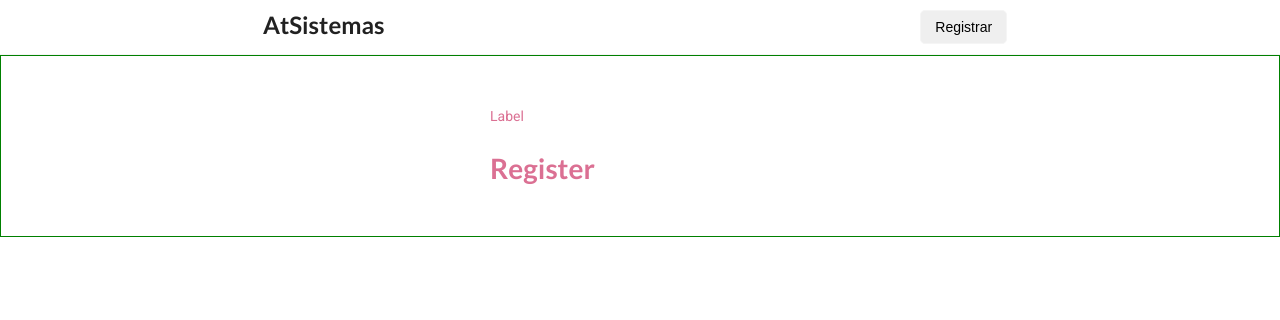
Repository: banchiec/atsistemas
Page: /site/register-site
These files come from the project's save history. The page is drawn as it stood at one moment and after a run of saves; the edit follows.
The browser window is 1280 px wide. The pictures show the whole page.
The project was rebuilt for these pictures with package versions that can differ from the ones it lists, and the page was loaded fresh each time. Also part of the build but not shown: src/components/SiteCard/SiteCard.js, src/redux/actions/sitesActions.js, src/screens/SiteScreen/SiteScreen.js, src/screens/SiteDetailsScreen/SiteDetailsScreen.js.

Above is the page before, as saved 2022-08-16 14:06:49.

After the next 5 saves:
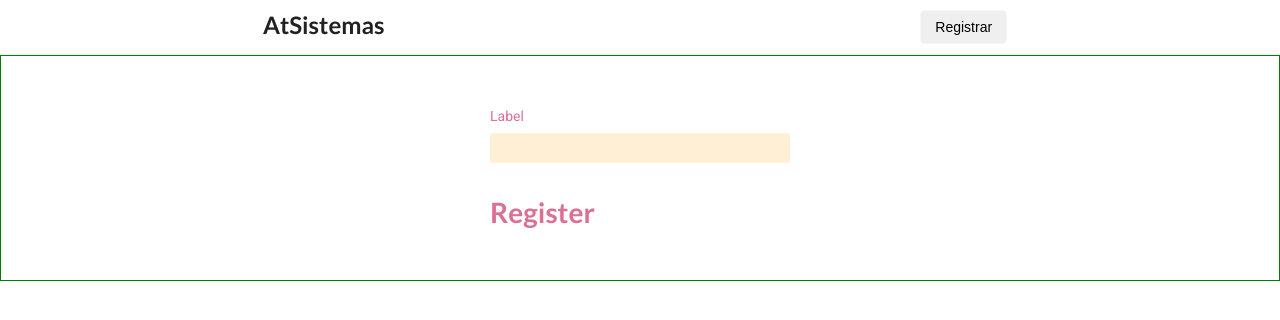
The 5 saves are shown as one change because 3 did not build or start and some came seconds apart.
The last was saved 67 s later.
--- a/src/screens/RegisterSiteScreen/RegisterSiteScreen.js
+++ b/src/screens/RegisterSiteScreen/RegisterSiteScreen.js
@@ -1,4 +1,4 @@
-import { ContainerRegisterSiteScreen, FormControl, Label } from "./registerSiteScreenStyled"
+import { ContainerRegisterSiteScreen, FormControl, Input, Label } from "./registerSiteScreenStyled"
 
 const RegisterSiteScreen = () => {
 
@@ -11,6 +11,7 @@ const RegisterSiteScreen = () => {
 				<Label htmlFor="label">
 					Label
 				</Label>
+				<Input id='label'/>
 				<form onSubmit={handleSubmit}>
 				</form>
 				<h1>Register</h1>
--- a/src/screens/RegisterSiteScreen/registerSiteScreenStyled.js
+++ b/src/screens/RegisterSiteScreen/registerSiteScreenStyled.js
@@ -1,4 +1,4 @@
-import styled, { isStyledComponent } from "styled-components";
+import styled from "styled-components";
 
 export const ContainerRegisterSiteScreen = styled.div`
 	display: flex;
